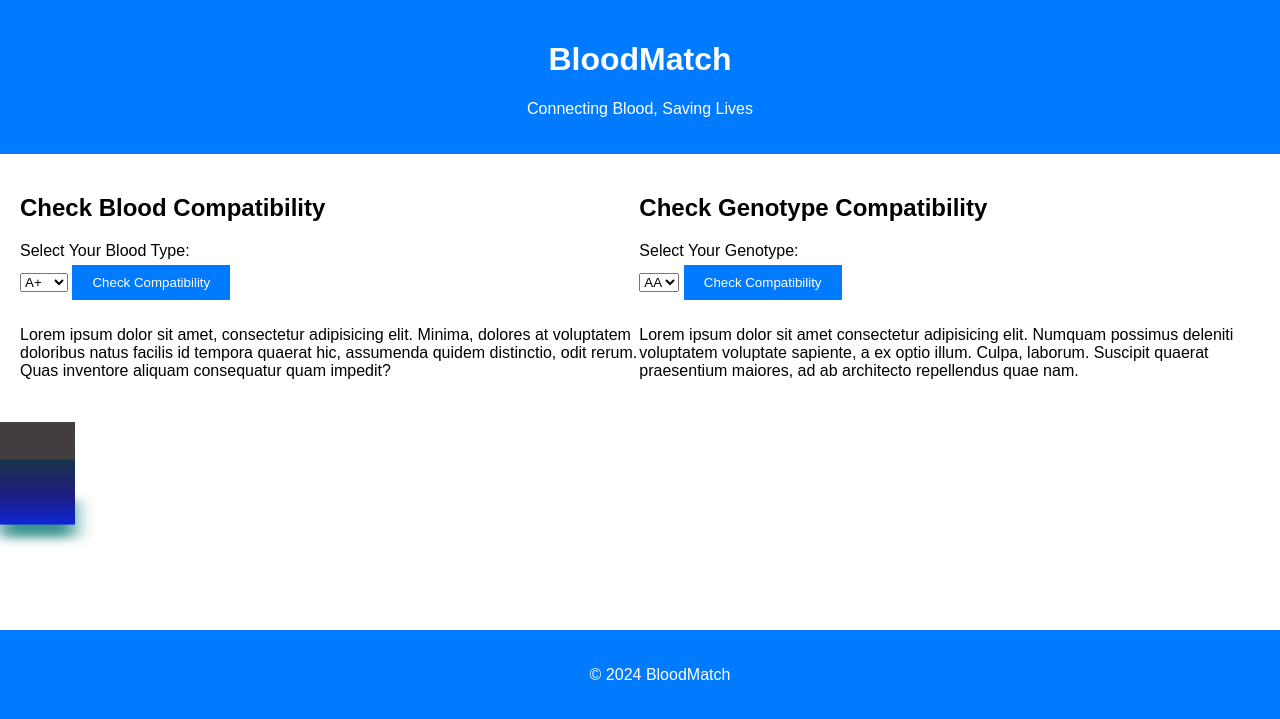
Repository: JuliusMonday/BloodMatch
Page: index.html
The author's editor kept a copy of each file at every save. The page is drawn from the files as they stood at one save, then again after a run of saves.
The browser window is 1280 px wide. The pictures show the whole page.

Above is the page before, as saved 2024-05-02 16:31:11.

### index.html
<!DOCTYPE html>
<html lang="en">
<head>
  <meta charset="UTF-8">
  <meta name="viewport" content="width=device-width, initial-scale=1.0">
  <title>BloodMatch</title>
  <link rel="stylesheet" href="style.css">
</head>
<body>
  <header>
    <h1>BloodMatch</h1>
    <p>Connecting Blood, Saving Lives</p>
  </header>
  <main>
    <section id="bloodType">
      <h1>Check Blood Compatibility</h1>
      <label for="selectBloodType">Select Your Blood Type:</label>
      <select id="selectBloodType">
        <option value="A+">A+</option>
        <option value="A-">A-</option>
        <option value="B+">B+</option>
        <option value="B-">B-</option>
        <option value="AB+">AB+</option>
        <option value="AB-">AB-</option>
        <option value="O+">O+</option>
        <option value="O+">O+</option>
      </select>
      <button onclick="checkBloodCompatibility()">Check Compatibility</button>
      <p id="compatibilityResult">Lorem ipsum dolor sit amet, consectetur adipisicing elit. Minima, dolores at voluptatem doloribus natus facilis id tempora quaerat hic, assumenda quidem distinctio, odit rerum. Quas inventore aliquam consequatur quam impedit?</p>
    </section>
    <section id="genotype">
      <h1>Check Genotype Compatibility</h1>
      <label for="selectGenotype">Select Your Genotype:</label>
      <select id="selectGenotype">
        <option value="AA">AA</option>
        <option value="AS">AS</option>
        <option value="SS">SS</option>
      </select>
      <button onclick="checkGenotypeCompatibility()">Check Compatibility</button>
      <p id="genotypeResult">Lorem ipsum dolor sit amet consectetur adipisicing elit. Numquam possimus deleniti voluptatem voluptate sapiente, a ex optio illum. Culpa, laborum. Suscipit quaerat praesentium maiores, ad ab architecto repellendus quae nam.</p>
    </section>
  </main>
  <div class="cube-loader">
    <div class="cube-top"></div>
    <div class="cube-wrapper">
      <span style="--i:0" class="cube-span"></span>
      <span style="--i:1" class="cube-span"></span>
      <span style="--i:2" class="cube-span"></span>
      <span style="--i:3" class="cube-span"></span>
    </div>
  </div>
  <br>
  <footer>
    <p>&copy; 2024 BloodMatch</p>
  </footer>
  <script src="script.js"></script>
</body>
</html>

### style.css
body {
    font-family: Arial, sans-serif;
    margin: 0;
    padding: 0;
  }

  header, footer {
    background-color: #007bff;
    color: #ffffff;
    text-align: center;
    padding: 20px;
  }

  main {
    padding: 20px;
    display: flex;

  }

  section {
    margin-bottom: 20px;
  }

  label {
    display: block;
    margin-bottom: 5px;
  }

  select, button {
    margin-bottom: 10px;
  }

  button {
    background-color: #007bff;
    color: #ffffff;
    border: none;
    padding: 10px 20px;
    cursor: pointer;
  }

  button:hover {
    background-color: #0056b3;
  }

  footer {
    bottom: 0;
    width: 100%;
      }
      .cube-loader {
        position: relative;
      /* u can choose any size */
        width: 75px;
        height: 75px;
        transform-style: preserve-3d;
        transform: rotateX(-30deg);
        animation: animate 4s linear infinite;
      }

      @keyframes animate {
        0% {
          transform: rotateX(-30deg) rotateY(0);
        }

        100% {
          transform: rotateX(-30deg) rotateY(360deg);
        }
      }
      .cube-loader{
        te
      }
      .cube-loader .cube-wrapper {
        position: absolute;
        width: 100%;
        height: 100%;
        /* top: 0;
        left: 0; */
        transform-style: preserve-3d;
      }

      .cube-loader .cube-wrapper .cube-span {
        position: absolute;
        width: 100%;
        height: 100%;
        /* top: 0;
        left: 0; */
                                           /* width 75px / 2 = 37.5px */
        transform: rotateY(calc(90deg * var(--i))) translateZ(37.5px);
        background: linear-gradient(
  to bottom,
  hsl(210, 50%, 20%) 0%,
  hsl(240, 60%, 30%) 50%,
  hsl(233, 88%, 45%) 100%
);

      }

      .cube-top {
        position: absolute;
        width: 75px;
        height: 75px;
        background: hsl(330, 3.13%, 25.1%) 0%;
                            /* width 75px / 2 = 37.5px */
        transform: rotateX(90deg) translateZ(37.5px);
        transform-style: preserve-3d;
      }

      .cube-top::before {
        content: '';
        position: absolute;
      /* u can choose any size */
        width: 75px;
        height: 75px;
        background: hsl(176.61, 42.28%, 40.7%) 19.6%;
        transform: translateZ(-90px);
        filter: blur(10px);
        box-shadow: 0 0 10px #323232,
                    0 0 20px hsl(176.61, 42.28%, 40.7%) 19.6%,
                    0 0 30px #323232,
                    0 0 40px hsl(176.61, 42.28%, 40.7%) 19.6%;
      }

@media (min-width: 768px){
    footer {
        position:fixed;
        bottom: 0;
        }
}

@media (max-width: 767px){
    main {
        padding: 20px;
        flex-direction: column;
          }
}

### script.js
const checkBloodCompatibility = () =>{
    let selectedBloodType = document.getElementById("selectBloodType").value;
    let compatibilityResult = document.getElementById("compatibilityResult");
    let compatibleBloodTypes = "";

    // Logic to determine compatible blood types
    switch(selectedBloodType) {
      case "A+":
        compatibleBloodTypes = "sample";
        break;
      case "A-":
        compatibleBloodTypes = "SAMPLE";
        break;
      case "B+":
        compatibleBloodTypes = "SAMPLE";
        break;
      case "B-":
        compatibleBloodTypes = "SAMPLE";
        break;
      case "AB+":
        compatibleBloodTypes = "SAMPLE";
        break;
      case "AB-":
        compatibleBloodTypes = "sample";
        break;
      case "O+":
        compatibleBloodTypes = "SAMPLE";
        break;
      case "O-":
        compatibleBloodTypes = "sample";
        break;
    }

    compatibilityResult.textContent = "Compatible blood types: " + compatibleBloodTypes;
  }

  const checkGenotypeCompatibility = () => {
    let selectedGenotype = document.getElementById("selectGenotype").value;
    let genotypeResult = document.getElementById("genotypeResult");
    let compatibleGenotypes = "";

    // Logic to determine compatible genotypes
    switch(selectedGenotype) {
      case "AA":
        compatibleGenotypes = "AA";
        break;
      case "AS":
        compatibleGenotypes = "AA, AS";
        break;
      case "SS":
        compatibleGenotypes = "SS";
        break;
      case "SC":
        compatibleGenotypes = "SC"
    }

    genotypeResult.textContent = `<h1>Compatible genotypes: " + compatibleGenotypes</h1>"`;
  }

After the next 2 saves:
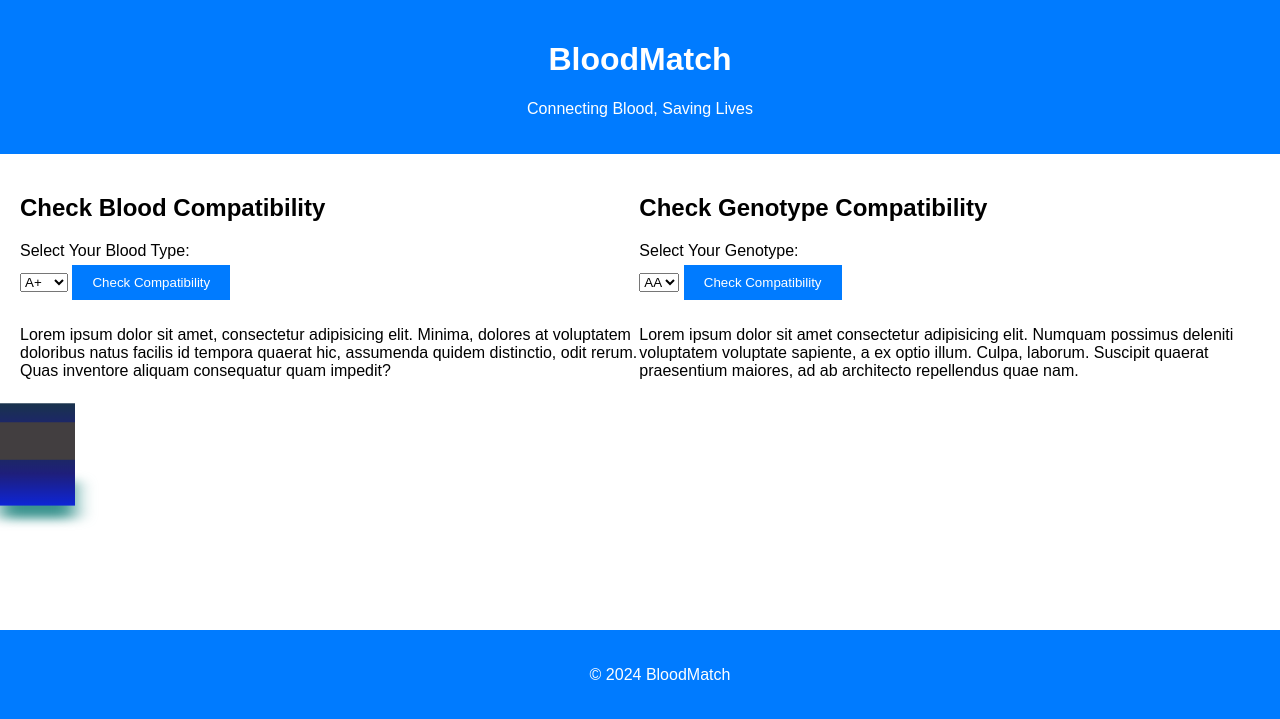
The 2 saves are shown as one change because they came seconds apart.
The last was saved 5 s later.
--- a/style.css
+++ b/style.css
@@ -66,7 +66,7 @@ body {
         }
       }
       .cube-loader{
-        te
+        text-align: center;
       }
       .cube-loader .cube-wrapper {
         position: absolute;
